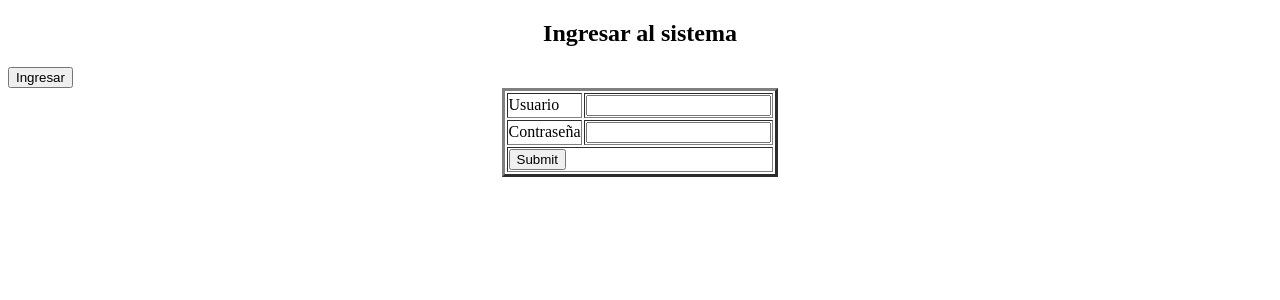
Repository: NayshaOCruz98/CL2ORTIZ
Page: http://localhost/LPII_CL2_ORTIZCRUZNAYSHA/
An editor plug-in stored every save of this project. The page is shown before and after the next save, followed by the edit.
The browser window is 1280 px wide. The pictures show the whole page.
The page is served by Tomcat 9.

Above is the page before, as saved 2023-10-24 19:33:59.

After the next save:
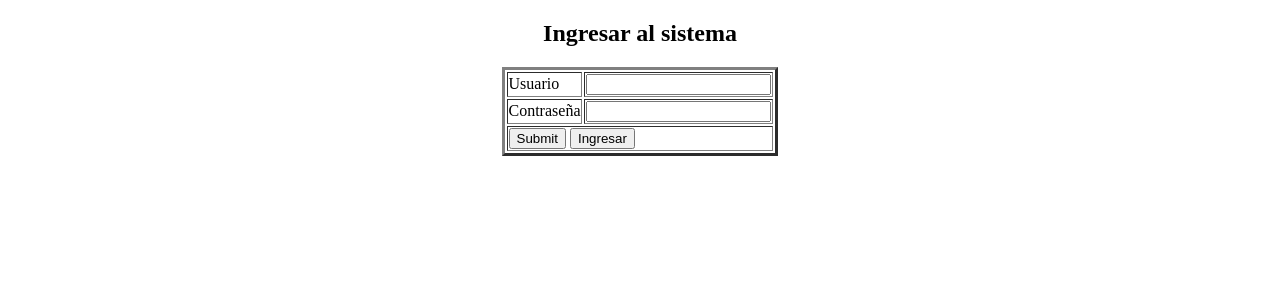
Saved 18 s later.
--- a/LPII_CL2_ORTIZCRUZNAYSHA/src/main/webapp/index.jsp
+++ b/LPII_CL2_ORTIZCRUZNAYSHA/src/main/webapp/index.jsp
@@ -24,9 +24,10 @@
 <tr>
 <td colspan="2">
 <input type="submit" name="Registra usuario">
+<a href="ControladorServletprod"> <button>Ingresar</button></a></td>
 </td>
 </tr>
-<a href="ControladorServletprod"> <button>Ingresar</button></a></td>
+
 
 
 </table>
